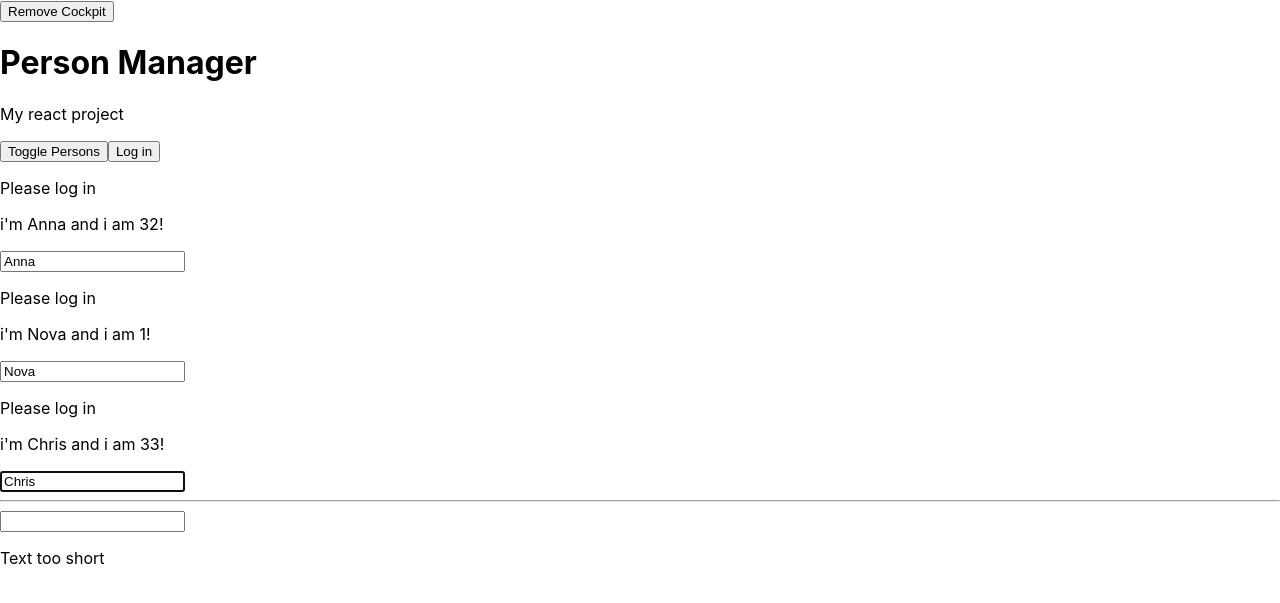
Repository: chrisbriz/myreactapp
Page: /
The author's editor kept a copy of each file at every save. The page is drawn from the files as they stood at one save, then again after a run of saves.
The browser window is 1280 px wide. The pictures show the whole page.
The project was rebuilt for these pictures with package versions that can differ from the ones it lists, and the page was loaded fresh each time. Also part of the build but not shown: src/Containers/App.css, src/Components/Char.js, src/Components/Persons/Person/Person.css, src/Components/Cockpit/Cockpit.css.

Above is the page before, as saved 2019-02-20 12:54:43.

### src/index.js
import React from 'react';
import ReactDOM from 'react-dom';
import './index.css';
import App from './Containers/App';
import * as serviceWorker from './serviceWorker';

ReactDOM.render(<App appTitle="Person Manager"/>, document.getElementById('root'));

// If you want your app to work offline and load faster, you can change
// unregister() to register() below. Note this comes with some pitfalls.
// Learn more about service workers: http://bit.ly/CRA-PWA
serviceWorker.unregister();

### src/Containers/App.js
import React, { Component } from 'react';
import classes from './App.css';
import Validation from '../Components/Validation';
import Char from '../Components/Char';
import Persons from '../Components/Persons/Persons';
import Cockpit from '../Components/Cockpit/Cockpit';
import withCLass from '../HOC/withClass';
import Auxiliary from '../HOC/Auxiliary';
import AuthContext from '../context/auth-context';


class App extends Component {

  constructor(props) {
    super(props);
    console.log('[App.js] constructor');
  }

  //state = component internal data, data source
  state = {
    persons: [
      { id: '1', name: 'Anna', age: 32 },
      { id: '2', name: 'Nova', age: 1 },
      { id: '3', name: 'Chris', age: 33 }
    ],
    showPersons: false,
    userInput: '',
    showCockpit: true,
    changeCounter: 0,
    authenticated: false
  }

  static getDerivedStateFromProps(props, state) {
    console.log('[App.js] getDerivedStateFromProps', props)
    return state;
  }

  //IMPORTANT LIFECYCLE HOOK
  componentDidMount() {
    console.log('[App.js] componentDidMount');
  }

  //IMPORTANT LIFECYCLE HOOK
  shouldComponentUpdate(nextProps, nextState) {
    console.log('[App-js] shouldComponentUpdate');
    return true;
  }

  //IMPORTANT LIFECYCLE HOOK
  componentDidUpdate() {
    console.log('[App-js] componentDidUpdate');
  }

  inputChangeHandler = (event) => {
    this.setState({ userInput: event.target.value })
  }

  deleteCharHandler = (index) => {
    const text = this.state.userInput.split('');
    text.splice(index, 1);
    const updatedText = text.join('');
    this.setState({ userInput: updatedText });
  }

  nameChangedHandler = (event, id) => {
    const personIndex = this.state.persons.findIndex(p => {
      return p.id === id;
    });

    const person = {
      ...this.state.persons[personIndex]
    };

    person.name = event.target.value;

    const persons = [...this.state.persons];
    persons[personIndex] = person;

    this.setState((prevState, props) => {
      return {
        persons: persons,
        changeCounter: prevState.changeCounter + 1
      };
    });
  }

  deletePersonHandler = (personIndex) => {
    // const persons = this.state.persons.slice();
    /*spread operator = spreads le element of the initial array into a new array
    we now manipulate a copy of the original state (mutating the state directly is bad practice)
    then updating the state*/
    const persons = [...this.state.persons];
    persons.splice(personIndex, 1);
    this.setState({ persons: persons });
  }

  togglePersonsHandler = () => {
    const doesShow = this.state.showPersons;
    this.setState({ showPersons: !doesShow });
  }

  loginHandler = () => {
    this.setState({ authenticated: true });
  }

  render() {
    console.log('[App.js] render')

    const charList = this.state.userInput.split('').map((ch, index) => {
      return <Char
        character={ch}
        key={index}
        clicked={() => this.deleteCharHandler(index)} />;
    });

    let persons = null;

    if (this.state.showPersons) {
      persons =
        <Persons
          persons={this.state.persons}
          clicked={this.deletePersonHandler}
          changed={this.nameChangedHandler}
          isAuthenticated={this.state.authenticated} />
    }

    return (
      <Auxiliary>
        <button
          onClick={() => {
            this.setState({ showCockpit: false });
          }}>
          Remove Cockpit
        </button>
        <AuthContext.Provider
          value={{
            authenticated: this.state.authenticated,
            login: this.loginHandler
          }}
        >
          {this.state.showCockpit ? (
            <Cockpit
              title={this.props.appTitle}
              showPersons={this.state.showPersons}
              personsLength={this.state.persons.length}
              clicked={this.togglePersonsHandler}
              login={this.loginHandler}
            />
          ) : null}
          {persons}
        </AuthContext.Provider>
        <hr />
        <input
          type="text"
          onChange={this.inputChangeHandler}
          value={this.state.userInput} />
        <p>{this.state.userInput}</p>
        <Validation inputLength={this.state.userInput.length} />
        {charList}
      </Auxiliary>
    );
  }
}

export default withCLass(App, classes.App);

### src/Components/Validation.js
import React from 'react';

const validation = (props) => {
    let validationMessage = 'Text long enough';

    if(props.inputLength <= 5){
        validationMessage ='Text too short';
    }

    return (
        <div>
            <div>{validationMessage}</div>
        </div>
    );
};

export default validation;

### src/Components/Persons/Persons.js
import React, { PureComponent } from 'react';
import Person from './Person/Person';
import AuthContext from '../../context/auth-context';


class Persons extends PureComponent {
    // static getDerivedStateFromProps(props, state){
    //     console.log('[Persons.js] getDerivedStateFromPrsops');
    //     return state;
    // }

    // componentWillReceiveProps(props){
    //     console.log('[Persons.js] componentWillReceiveProps', props);
    // }

    // shouldComponentUpdate(nextProps, nextState) {
    //     console.log('[Persons.js] souldComponentUpdate');
    //     if (
    //         nextProps.persons !== this.props.persons ||
    //         nextProps.changed !== this.props.changed ||
    //         nextProps.clicked !== this.props.clicked
    //         ) {
    //         return true;
    //     } else {
    //         return false;
    //     }
    // }

    getSnapshotBeforeUpdate(prevProps, prevState) {
        console.log('[Persons.js] getSnapshotBeforeUpdate');
        return { message: 'Snapshot!' };
    }

    componentDidUpdate(prevProps, prevState, snapshot) {
        console.log('[Persons.js] componentDidUpdate');
        console.log(snapshot);
    }

    componentWillUnmount() {
        console.log('[Persons.js] componentWillUnmount');
    }

    render() {
        console.log('[Person.js] rendering...');
        return this.props.persons.map((person, index) => {
            return (
                <Person
                    click={() => this.props.clicked(index)}
                    name={person.name}
                    age={person.age}
                    key={person.id}
                    changed={(event) => this.props.changed(event, person.id)}
                    isAuth={this.props.isAuthenticated}
                />
            );
        });
    }
}

export default Persons;

### src/Components/Cockpit/Cockpit.js
import React, { useEffect, useRef } from 'react';
import classes from './Cockpit.css';

const cockpit = (props) => {
    const toggleBtnRef = useRef(null);

    useEffect(() => {
        console.log('[Cockpit.js] useEffect');
        //HTTP request...
        // setTimeout(() => {
        //     alert('Saved data to the cloud');
        // }, 1000);
        toggleBtnRef.current.click();
        return () => {
            console.log('[Cockpit.js] clean up work in useEffect');
        };
    }, []);

    const assignedClasses = [];
    let btnClass = '';
    if (props.showPersons) {
        btnClass = classes.Red;
    }
    if (props.personsLength <= 2) {
        assignedClasses.push(classes.red);
    }
    if (props.personsLength <= 1) {
        assignedClasses.push(classes.bold);
    }

    return (
        <div className={classes.Cockpit}>
            <h1>{props.title}</h1>
            <p className={assignedClasses.join(' ')}>My react project</p>
            <button
                ref={toggleBtnRef}
                className={btnClass}
                onClick={props.clicked}>
                Toggle Persons
                </button>
            <button
                onClick={props.login}>
                Log in
                </button>
        </div>
    );

};

export default React.memo(cockpit);

### src/HOC/withClass.js
import React from 'react';

const withClass = (WrappedComponent, className) => {
    return props => (
        <div className={className}>
            <WrappedComponent {...props} />
        </div>
    );
};

export default withClass;

### src/context/auth-context.js
import React from 'react';

const authContext = React.createContext({
    authenticated: false,
    login: () => { }
});

export default authContext;

### src/Components/Persons/Person/Person.js
import React, { Component } from 'react';
import PropTypes from 'prop-types';

import Auxiliary from '../../../HOC/Auxiliary';
import withClass from '../../../HOC/withClass';
import classes from './Person.css';



//props = properties on the element in app.js
class Person extends Component {
constructor(props){
  super(props);
  this.inputElementRef = React.createRef();
}

componentDidMount(){
  // this.inputElement.focus();
  this.inputElementRef.current.focus();
}

  render() {
    console.log('[Person.js] rendering...');
    return (
      <Auxiliary>
        {this.props.isAuth ? <p>Authenticated</p> : <p>Please log in</p>}
        <p onClick={this.props.click}>
          i'm {this.props.name} and i am {this.props.age}!
        </p>
        <p key="i2">{this.props.children}</p>
        <input
          key="i3"
          // ref={(inputEl) => {this.inputElement = inputEl}}
          ref={this.inputElementRef}
          type="text"
          onChange={this.props.changed}
          value={this.props.name}
        />
      </Auxiliary>
    );
  }
}

Person.propTypes = {
  click: PropTypes.func,
  name: PropTypes.string,
  age: PropTypes.number,
  changed: PropTypes.func
};

export default withClass(Person, classes.Person);

Loaded but not shown: public/index.html (common file); src/index.css (common file); src/serviceWorker.js (common file); src/HOC/Auxiliary.js (common file)

After the next 2 saves:
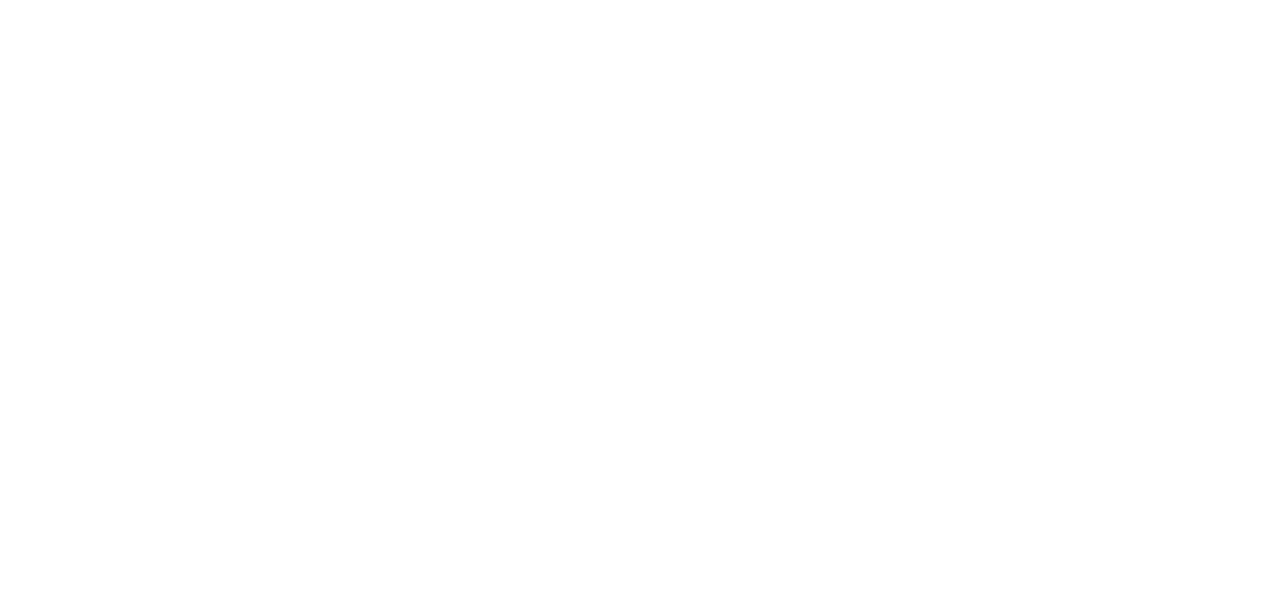
Console error: TypeError: render2 is not a function
The 2 saves are shown as one change because 1 did not build or start.
The last was saved 2 min 21 s later.
--- a/src/Components/Persons/Persons.js
+++ b/src/Components/Persons/Persons.js
@@ -42,18 +42,20 @@
 
     render() {
         console.log('[Person.js] rendering...');
-        return this.props.persons.map((person, index) => {
-            return (
-                <Person
-                    click={() => this.props.clicked(index)}
-                    name={person.name}
-                    age={person.age}
-                    key={person.id}
-                    changed={(event) => this.props.changed(event, person.id)}
-                    isAuth={this.props.isAuthenticated}
-                />
-            );
-        });
+        return <AuthContext.Consumer>
+            {this.props.persons.map((person, index) => {
+                return (
+                    <Person
+                        click={() => this.props.clicked(index)}
+                        name={person.name}
+                        age={person.age}
+                        key={person.id}
+                        changed={(event) => this.props.changed(event, person.id)}
+                        isAuth={this.props.isAuthenticated}
+                    />
+                );
+            })}
+        </AuthContext.Consumer>
     }
 }
 

After the save that followed:
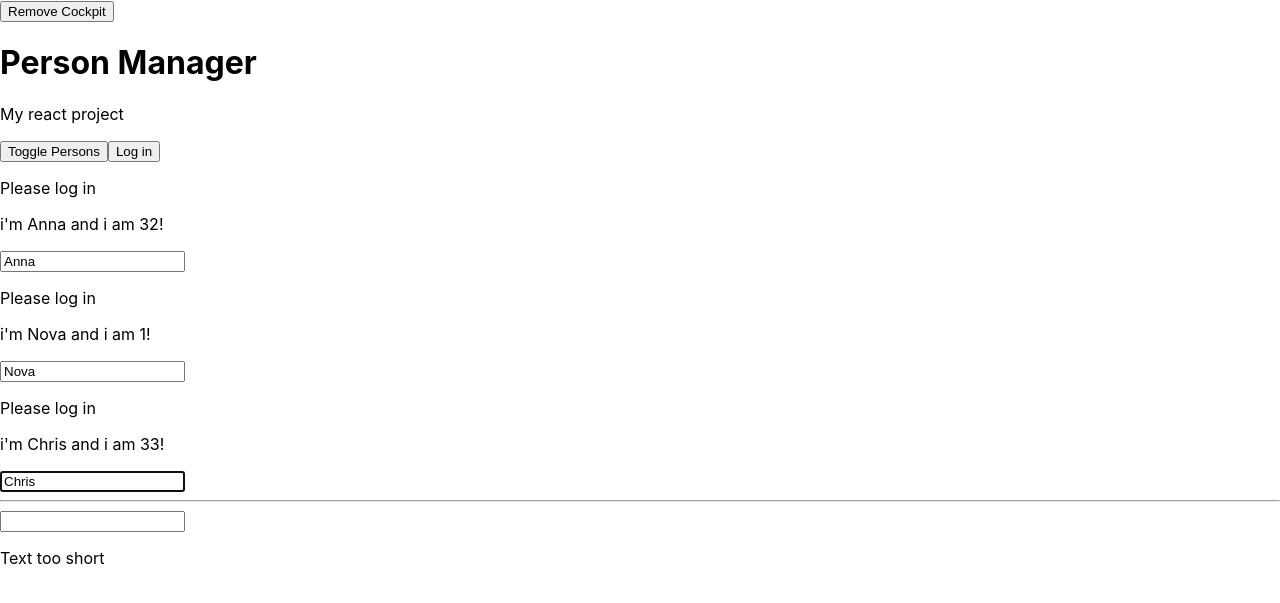
The error is gone.
Saved 116 s later.
--- a/src/Components/Persons/Persons.js
+++ b/src/Components/Persons/Persons.js
@@ -43,7 +43,7 @@
     render() {
         console.log('[Person.js] rendering...');
         return <AuthContext.Consumer>
-            {this.props.persons.map((person, index) => {
+            {(context) => this.props.persons.map((person, index) => {
                 return (
                     <Person
                         click={() => this.props.clicked(index)}
